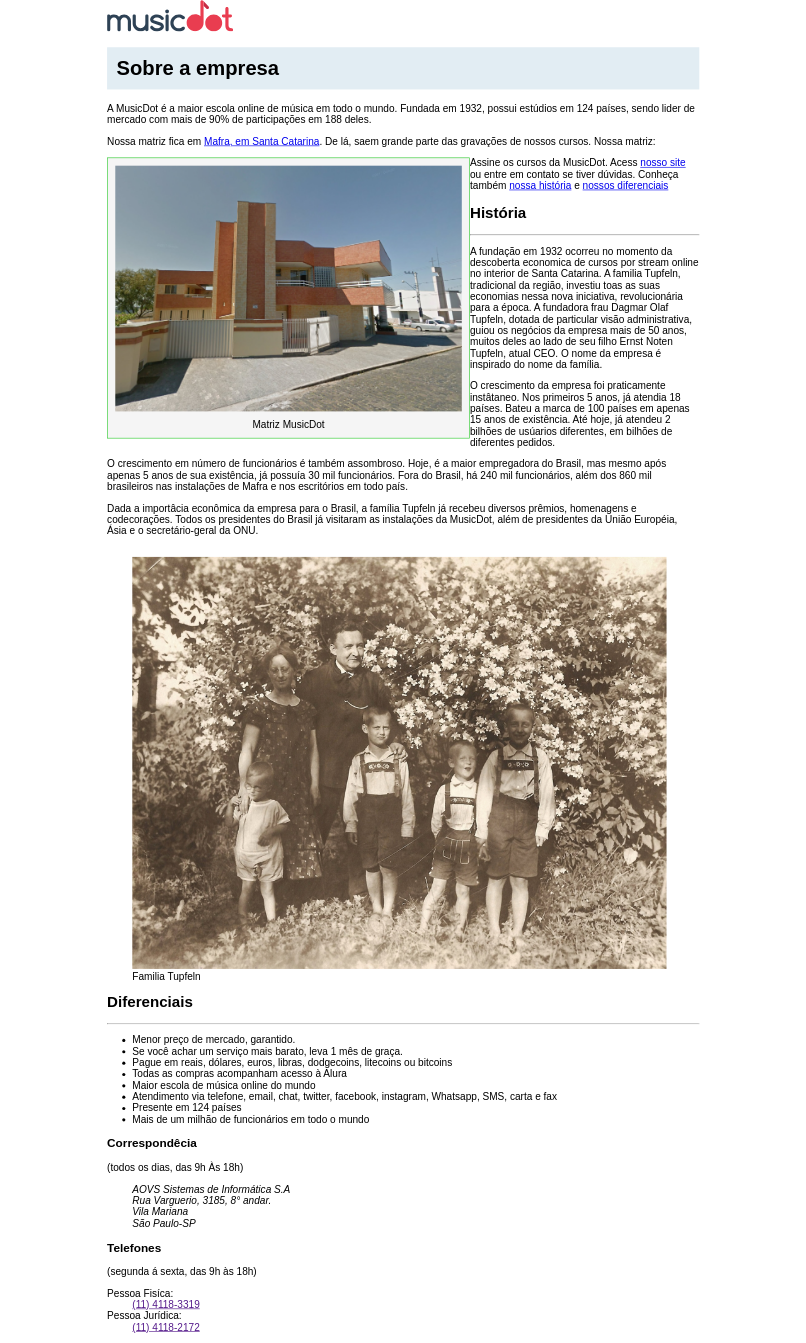
Repository: EmanuelUrbano/introducao_a_tecnologias
Page: 05_04_22/trabalho/projeto-musicdot/sobre.html
An editor plug-in stored every save of this project. The page is shown before and after the next save, followed by the edit.
The browser window is 1280 px wide. The pictures show the whole page, at 63% of full size.

Above is the page before, as saved 2022-05-23 17:28:44.

After the next save:
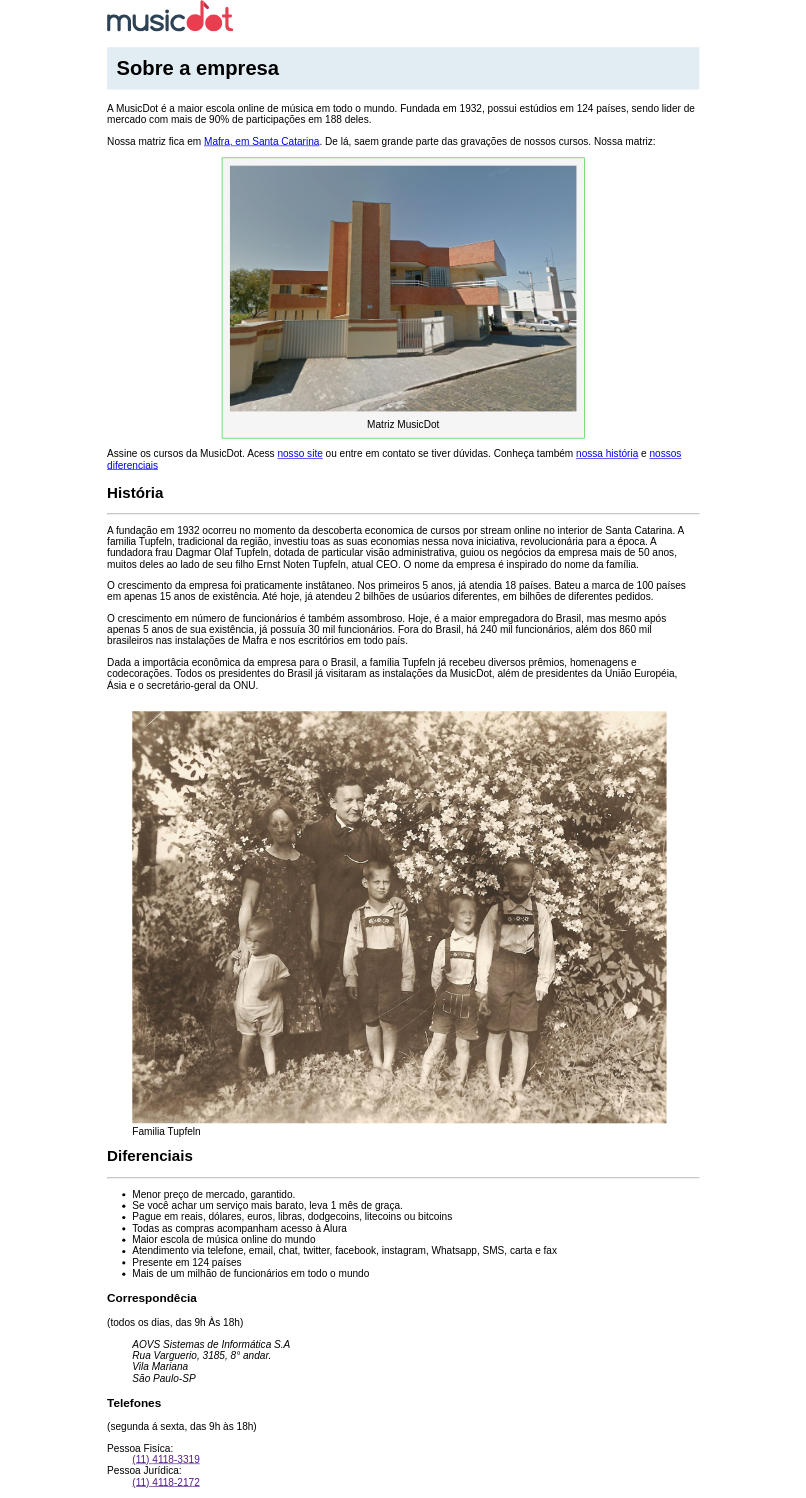
Saved 118 s later.
--- a/05_04_22/trabalho/projeto-musicdot/sobre.css
+++ b/05_04_22/trabalho/projeto-musicdot/sobre.css
@@ -28,6 +28,6 @@
     text-align: center;
 }
 
-figure{
+figure:has(img[alt="familia-tupfeln"]){
     float: left;
 }
